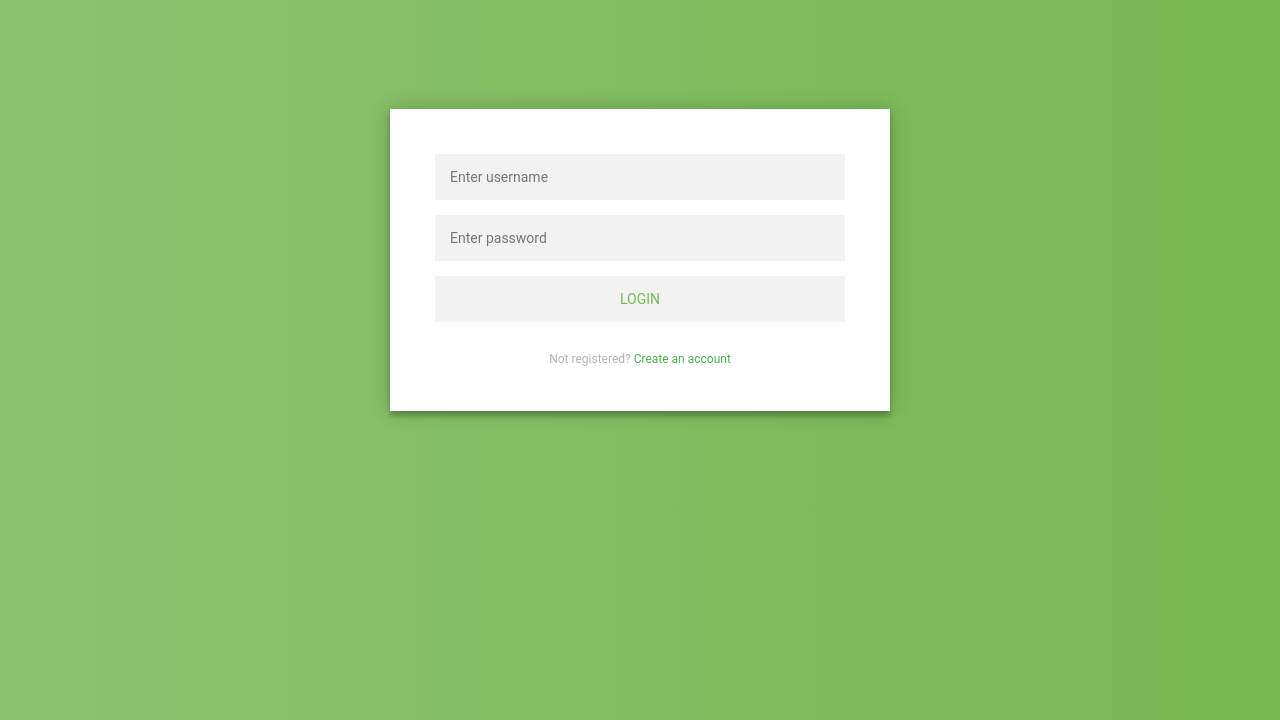
Repository: satishkumarms/WorkSpace
Page: MyWebDemos/WebContent/LoginPage.html
These files come from the project's save history. The page is drawn as it stood at one moment and after the next save; the edit follows.
The browser window is 1280 px wide. The pictures show the whole page.

Above is the page before, as saved 2018-07-18 06:34:47.

After the next save:
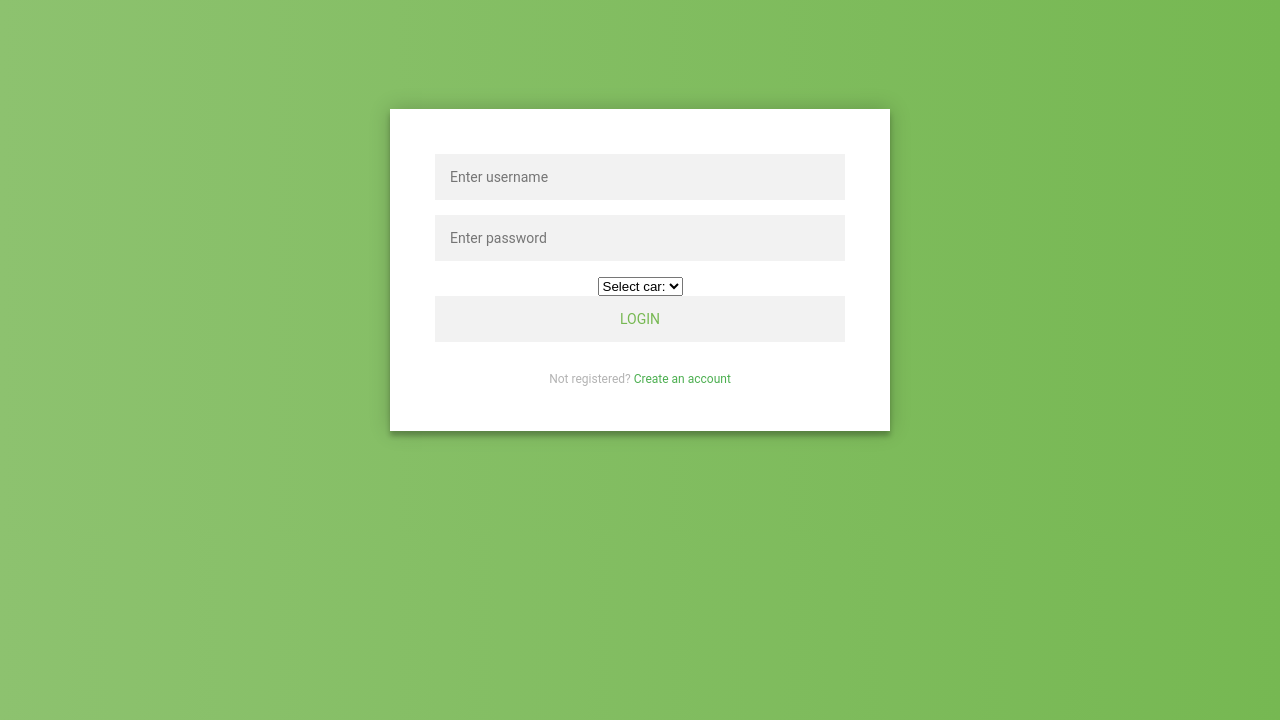
Saved 5 min 29 s later.
--- a/MyWebDemos/WebContent/LoginPage.html
+++ b/MyWebDemos/WebContent/LoginPage.html
@@ -112,6 +112,14 @@ body {
     <form name='form1' class="login-form"  onsubmit = "return validatelogin()" action="http://localhost:8081/MyWebDemos/hs">
       <input type="text" name ="username" placeholder="Enter username" required/>
       <input type="password" name ="password" placeholder="Enter password"/>
+
+    <select>
+    <option value="0">Select car:</option>
+    <option value="2">ADMIN</option>
+    <option value="1">USER</option>
+    </select>
+
+
       <input type="submit" class = 'submit' value ='Login' >
 
       <p class="message">Not registered? <a href="signup.html">Create an account</a></p>
